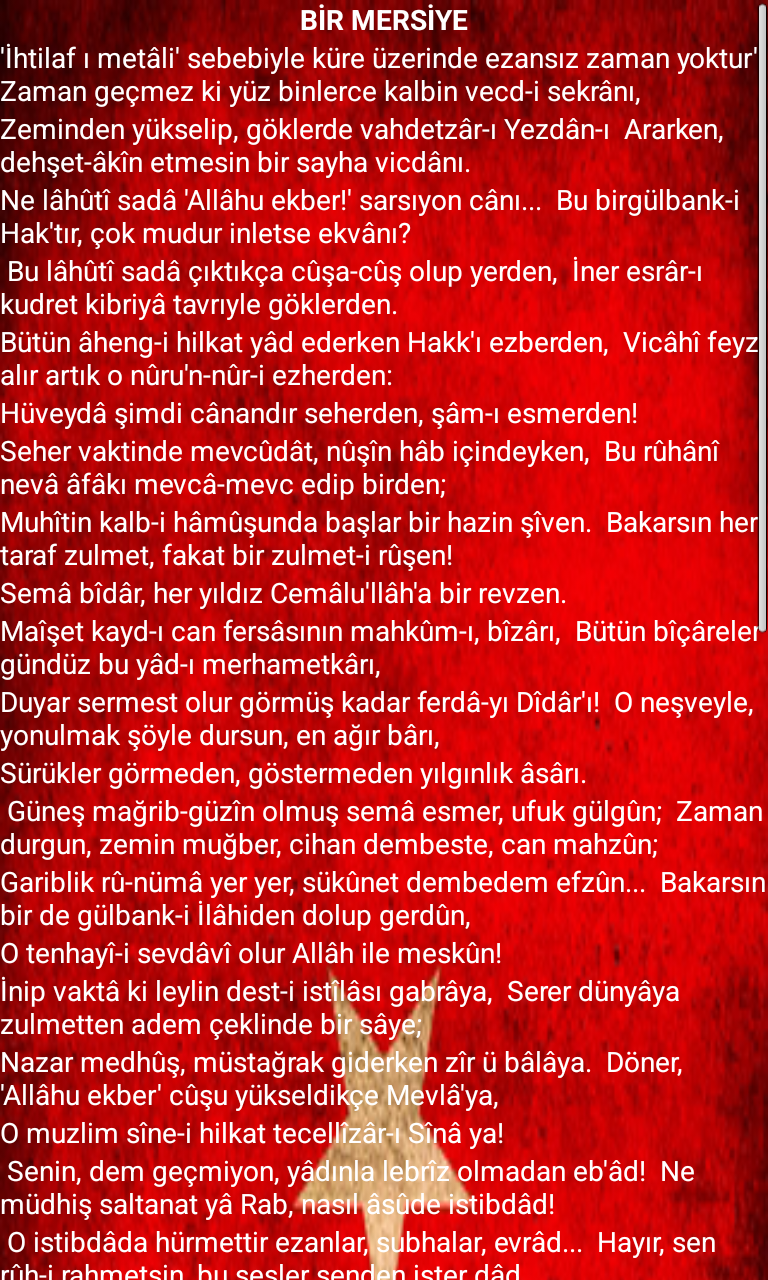
Repository: dokayazilim/Safahat-Android--Uygulamasi
Layout: safahat(android)/Safahat/res/layout/kitap24.xml
An editor plug-in stored every save of this project. The layout is shown before and after the next save, followed by the edit.
It is drawn on a 768 x 1280 px phone screen (xhdpi) without system bars, with theme android:Theme; the app's code is not run.

Above is the layout before, as saved 2012-09-07 11:07:29.

After the next save:
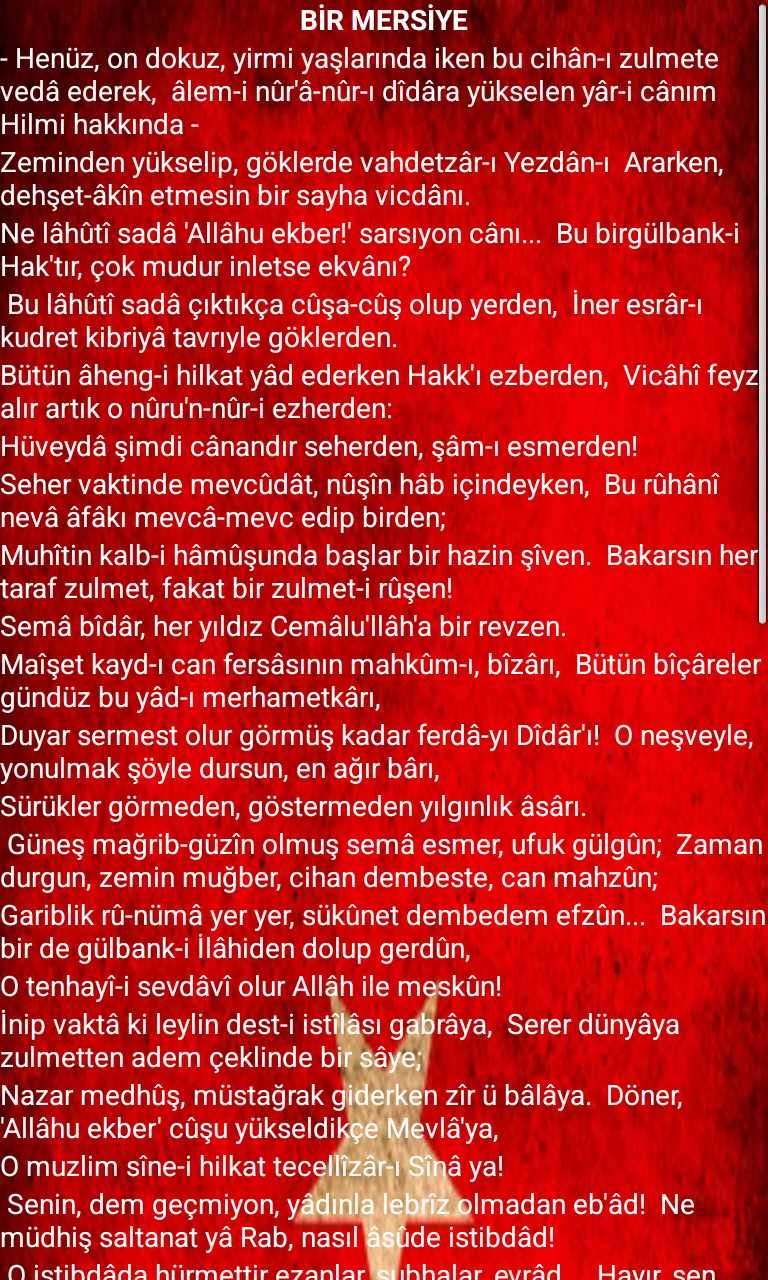
Saved 50 s later.
--- a/safahat(android)/Safahat/res/layout/kitap24.xml
+++ b/safahat(android)/Safahat/res/layout/kitap24.xml
@@ -14,9 +14,9 @@
         android:id="@+id/textView2"
         android:layout_width="wrap_content"
         android:layout_height="wrap_content"
-        android:text="'İhtilaf ı metâli' sebebiyle küre üzerinde ezansız zaman yoktur'
-
-Zaman geçmez ki yüz binlerce kalbin vecd-i sekrânı,
+        android:text="- Henüz, on dokuz, yirmi yaşlarında iken bu cihân-ı zulmete vedâ ederek,
+ âlem-i nûr'â-nûr-ı dîdâra yükselen yâr-i cânım Hilmi hakkında -
+
 
  " android:textColor="#ffffff" android:layout_gravity="center"/>
 <TextView
